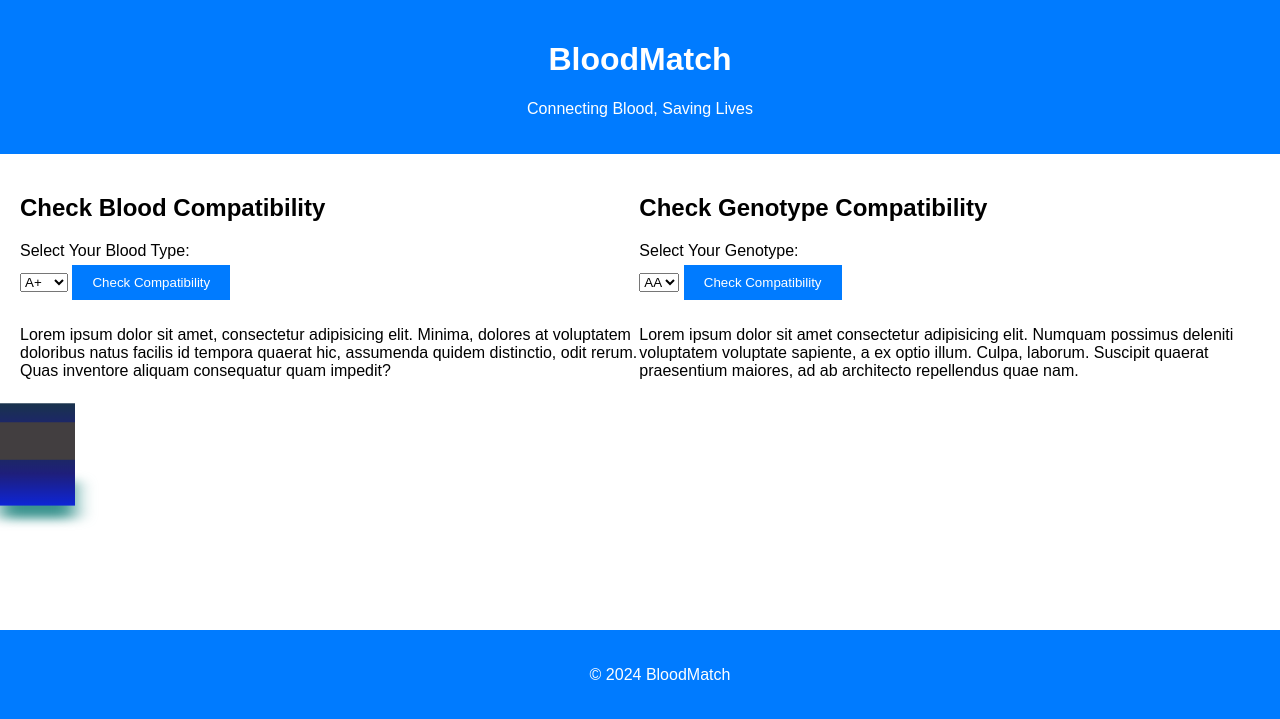
Repository: JuliusMonday/BloodMatch
Page: index.html
An editor plug-in stored every save of this project. The page is shown before and after the next save, followed by the edit.
The browser window is 1280 px wide. The pictures show the whole page.

Above is the page before, as saved 2024-05-02 16:32:20.

### index.html
<!DOCTYPE html>
<html lang="en">
<head>
  <meta charset="UTF-8">
  <meta name="viewport" content="width=device-width, initial-scale=1.0">
  <title>BloodMatch</title>
  <link rel="stylesheet" href="style.css">
</head>
<body>
  <header>
    <h1>BloodMatch</h1>
    <p>Connecting Blood, Saving Lives</p>
  </header>
  <main>
    <section id="bloodType">
      <h1>Check Blood Compatibility</h1>
      <label for="selectBloodType">Select Your Blood Type:</label>
      <select id="selectBloodType">
        <option value="A+">A+</option>
        <option value="A-">A-</option>
        <option value="B+">B+</option>
        <option value="B-">B-</option>
        <option value="AB+">AB+</option>
        <option value="AB-">AB-</option>
        <option value="O+">O+</option>
        <option value="O+">O+</option>
      </select>
      <button onclick="checkBloodCompatibility()">Check Compatibility</button>
      <p id="compatibilityResult">Lorem ipsum dolor sit amet, consectetur adipisicing elit. Minima, dolores at voluptatem doloribus natus facilis id tempora quaerat hic, assumenda quidem distinctio, odit rerum. Quas inventore aliquam consequatur quam impedit?</p>
    </section>
    <section id="genotype">
      <h1>Check Genotype Compatibility</h1>
      <label for="selectGenotype">Select Your Genotype:</label>
      <select id="selectGenotype">
        <option value="AA">AA</option>
        <option value="AS">AS</option>
        <option value="SS">SS</option>
      </select>
      <button onclick="checkGenotypeCompatibility()">Check Compatibility</button>
      <p id="genotypeResult">Lorem ipsum dolor sit amet consectetur adipisicing elit. Numquam possimus deleniti voluptatem voluptate sapiente, a ex optio illum. Culpa, laborum. Suscipit quaerat praesentium maiores, ad ab architecto repellendus quae nam.</p>
    </section>
  </main>
  <div class="cube-loader">
    <div class="cube-top"></div>
    <div class="cube-wrapper">
      <span style="--i:0" class="cube-span"></span>
      <span style="--i:1" class="cube-span"></span>
      <span style="--i:2" class="cube-span"></span>
      <span style="--i:3" class="cube-span"></span>
    </div>
  </div>
  <br>
  <footer>
    <p>&copy; 2024 BloodMatch</p>
  </footer>
  <script src="script.js"></script>
</body>
</html>

### style.css
body {
    font-family: Arial, sans-serif;
    margin: 0;
    padding: 0;
  }

  header, footer {
    background-color: #007bff;
    color: #ffffff;
    text-align: center;
    padding: 20px;
  }

  main {
    padding: 20px;
    display: flex;

  }

  section {
    margin-bottom: 20px;
  }

  label {
    display: block;
    margin-bottom: 5px;
  }

  select, button {
    margin-bottom: 10px;
  }

  button {
    background-color: #007bff;
    color: #ffffff;
    border: none;
    padding: 10px 20px;
    cursor: pointer;
  }

  button:hover {
    background-color: #0056b3;
  }

  footer {
    bottom: 0;
    width: 100%;
      }
      .cube-loader {
        position: relative;
      /* u can choose any size */
        width: 75px;
        height: 75px;
        transform-style: preserve-3d;
        transform: rotateX(-30deg);
        animation: animate 4s linear infinite;
      }

      @keyframes animate {
        0% {
          transform: rotateX(-30deg) rotateY(0);
        }

        100% {
          transform: rotateX(-30deg) rotateY(360deg);
        }
      }
      .cube-loader{
        text-align: center;
        display:grid;
        place-content: center;
      }
      .cube-loader .cube-wrapper {
        position: absolute;
        width: 100%;
        height: 100%;
        /* top: 0;
        left: 0; */
        transform-style: preserve-3d;
      }

      .cube-loader .cube-wrapper .cube-span {
        position: absolute;
        width: 100%;
        height: 100%;
        /* top: 0;
        left: 0; */
                                           /* width 75px / 2 = 37.5px */
        transform: rotateY(calc(90deg * var(--i))) translateZ(37.5px);
        background: linear-gradient(
  to bottom,
  hsl(210, 50%, 20%) 0%,
  hsl(240, 60%, 30%) 50%,
  hsl(233, 88%, 45%) 100%
);

      }

      .cube-top {
        position: absolute;
        width: 75px;
        height: 75px;
        background: hsl(330, 3.13%, 25.1%) 0%;
                            /* width 75px / 2 = 37.5px */
        transform: rotateX(90deg) translateZ(37.5px);
        transform-style: preserve-3d;
      }

      .cube-top::before {
        content: '';
        position: absolute;
      /* u can choose any size */
        width: 75px;
        height: 75px;
        background: hsl(176.61, 42.28%, 40.7%) 19.6%;
        transform: translateZ(-90px);
        filter: blur(10px);
        box-shadow: 0 0 10px #323232,
                    0 0 20px hsl(176.61, 42.28%, 40.7%) 19.6%,
                    0 0 30px #323232,
                    0 0 40px hsl(176.61, 42.28%, 40.7%) 19.6%;
      }

@media (min-width: 768px){
    footer {
        position:fixed;
        bottom: 0;
        }
}

@media (max-width: 767px){
    main {
        padding: 20px;
        flex-direction: column;
          }
}

### script.js
const checkBloodCompatibility = () =>{
    let selectedBloodType = document.getElementById("selectBloodType").value;
    let compatibilityResult = document.getElementById("compatibilityResult");
    let compatibleBloodTypes = "";

    // Logic to determine compatible blood types
    switch(selectedBloodType) {
      case "A+":
        compatibleBloodTypes = "sample";
        break;
      case "A-":
        compatibleBloodTypes = "SAMPLE";
        break;
      case "B+":
        compatibleBloodTypes = "SAMPLE";
        break;
      case "B-":
        compatibleBloodTypes = "SAMPLE";
        break;
      case "AB+":
        compatibleBloodTypes = "SAMPLE";
        break;
      case "AB-":
        compatibleBloodTypes = "sample";
        break;
      case "O+":
        compatibleBloodTypes = "SAMPLE";
        break;
      case "O-":
        compatibleBloodTypes = "sample";
        break;
    }

    compatibilityResult.textContent = "Compatible blood types: " + compatibleBloodTypes;
  }

  const checkGenotypeCompatibility = () => {
    let selectedGenotype = document.getElementById("selectGenotype").value;
    let genotypeResult = document.getElementById("genotypeResult");
    let compatibleGenotypes = "";

    // Logic to determine compatible genotypes
    switch(selectedGenotype) {
      case "AA":
        compatibleGenotypes = "AA";
        break;
      case "AS":
        compatibleGenotypes = "AA, AS";
        break;
      case "SS":
        compatibleGenotypes = "SS";
        break;
      case "SC":
        compatibleGenotypes = "SC"
    }

    genotypeResult.textContent = `<h1>Compatible genotypes: " + compatibleGenotypes</h1>"`;
  }

After the next save:
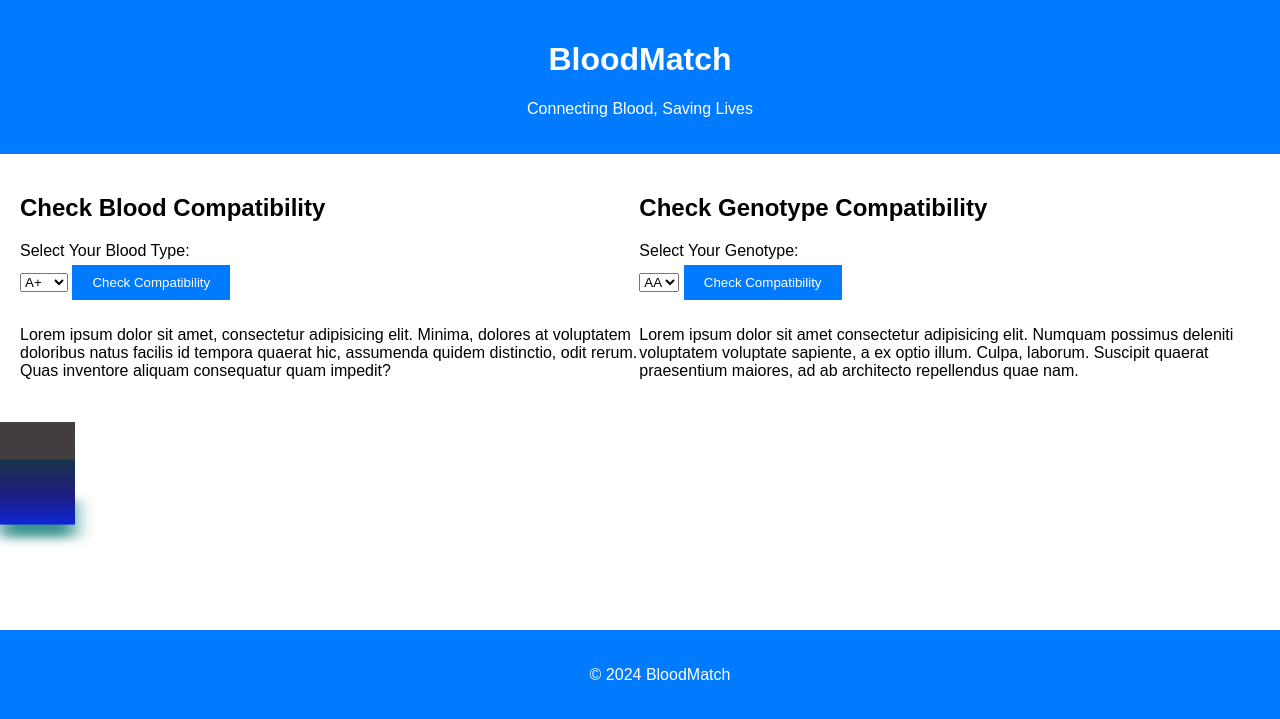
Saved 11 s later.
--- a/style.css
+++ b/style.css
@@ -65,11 +65,7 @@
           transform: rotateX(-30deg) rotateY(360deg);
         }
       }
-      .cube-loader{
-        text-align: center;
-        display:grid;
-        place-content: center;
-      }
+
       .cube-loader .cube-wrapper {
         position: absolute;
         width: 100%;

After the save that followed:
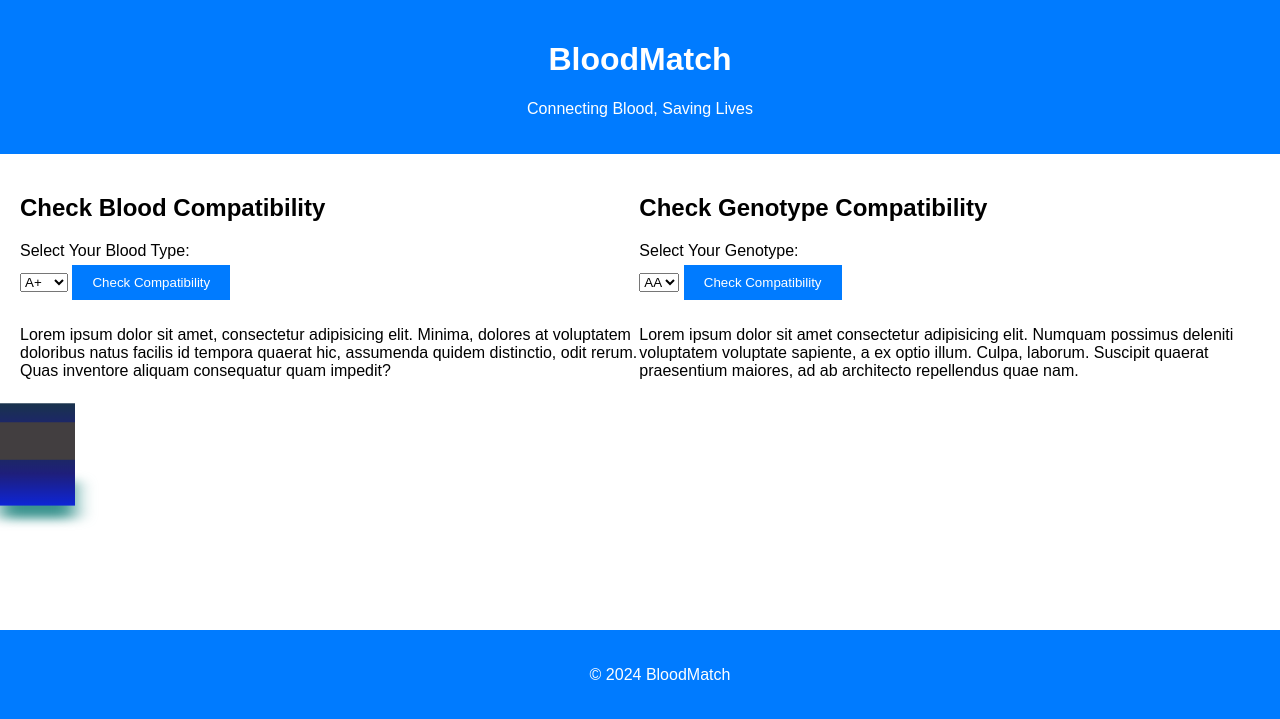
Saved 8 s later.
--- a/style.css
+++ b/style.css
@@ -117,6 +117,12 @@
                     0 0 40px hsl(176.61, 42.28%, 40.7%) 19.6%;
       }
 
+      .cube-loader{
+        text-align: center;
+        display:grid;
+        place-content: center;
+      }
+
 @media (min-width: 768px){
     footer {
         position:fixed;
